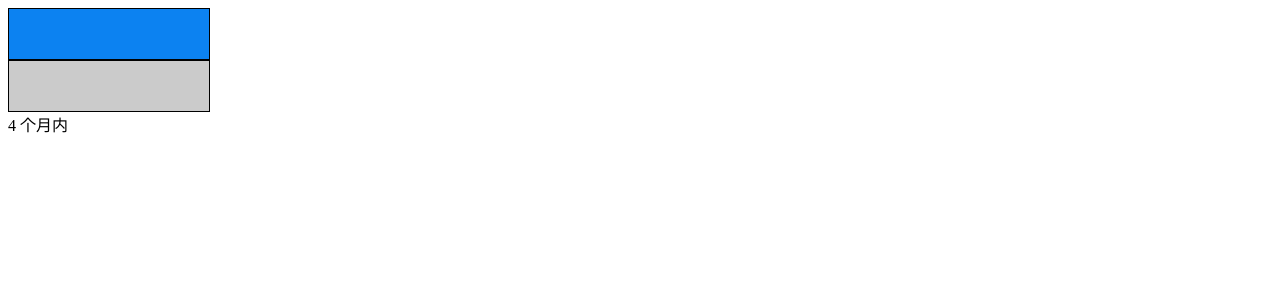
Repository: baierbao/coder
Page: TEST/moment使用示例.html
An editor plug-in stored every save of this project. The page is shown before and after the next save, followed by the edit.
The browser window is 1280 px wide. The pictures show the whole page.

Above is the page before, as saved 2019-05-09 11:11:12.

### TEST/moment使用示例.html
<!DOCTYPE html>
<html lang="en">
<head>
    <meta charset="UTF-8">
    <title>Document</title>
    <style>
        .box{
            width: 200px;
            height: 50px;
            border:solid 1px;
            background: #0c82f1;

        }
        .box1{
            width: 200px;
            height: 50px;
            border:solid 1px;
            background:#CBCBCB;

        }
    </style>
</head>
<body>
    <div class="box"></div>
    <div class="box1"></div>
</body>
<script src="js/moment.js"></script>
<script type="text/javascript">
var time=moment().format('YYYY/MM/DD HH:mm:ss')   // 2019/05/05 15:34:05
console.log(time)
console.log(moment.locale())    // 查看当前语言环境

console.log(moment.locale("zh-cn")) //设置语言环境
console.log(moment.lang('zh-cn'))
document.write(moment("20190505", "YYYYMMDD").fromNow())
</script>
</html>

Loaded but not shown: TEST/js/moment.js (library)

After the next save:
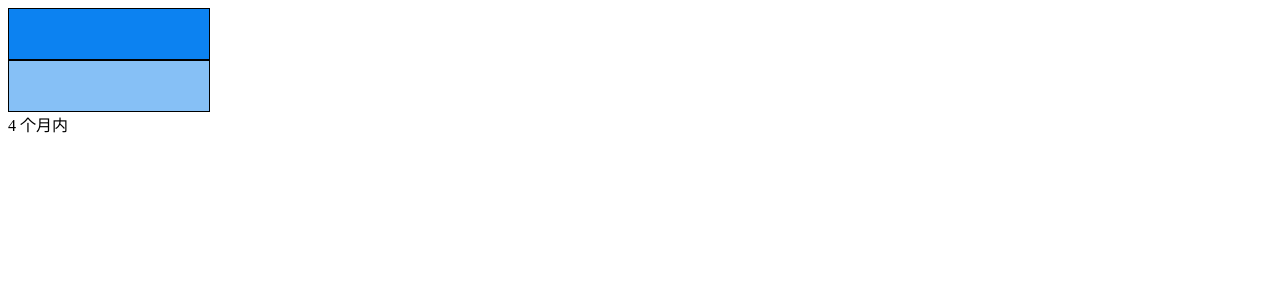
Saved 87 s later.
--- a/TEST/moment使用示例.html
+++ b/TEST/moment使用示例.html
@@ -15,7 +15,7 @@
             width: 200px;
             height: 50px;
             border:solid 1px;
-            background:#CBCBCB;
+            background:#86C0F6;
 
         }
     </style>
